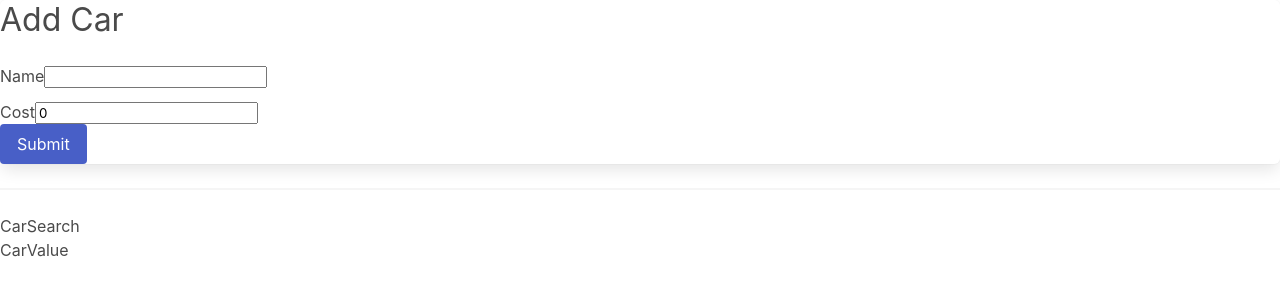
Repository: Mikerr21/Redux-Toolkit-Managing-Multiple-Slices
Page: /
These files come from the project's save history. The page is drawn as it stood at one moment and after the next save; the edit follows.
The browser window is 1280 px wide. The pictures show the whole page.
The project was rebuilt for these pictures with package versions that can differ from the ones it lists, and the page was loaded fresh each time.

Above is the page before, as saved 2023-10-06 18:33:18.

After the next save:
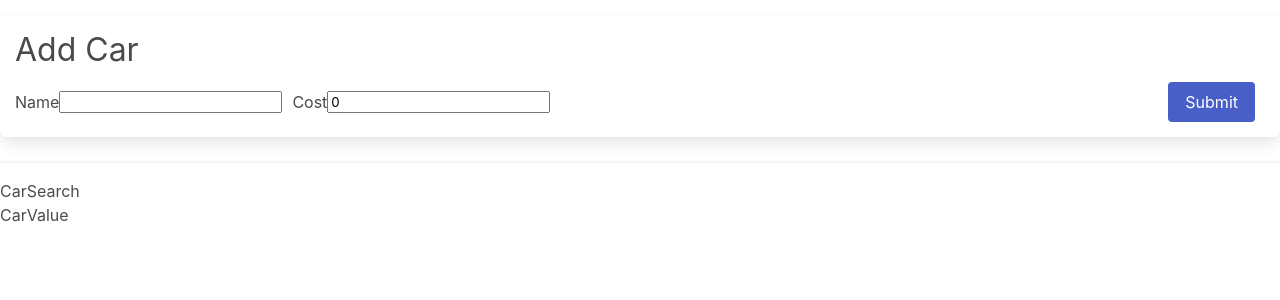
Saved 11 s later.
--- a/src/index.js
+++ b/src/index.js
@@ -1,4 +1,5 @@
 import 'bulma/css/bulma.css';
+import './styles.css'
 import React from 'react';
 import {createRoot} from 'react-dom/client'
 import {Provider} from 'react-redux';
